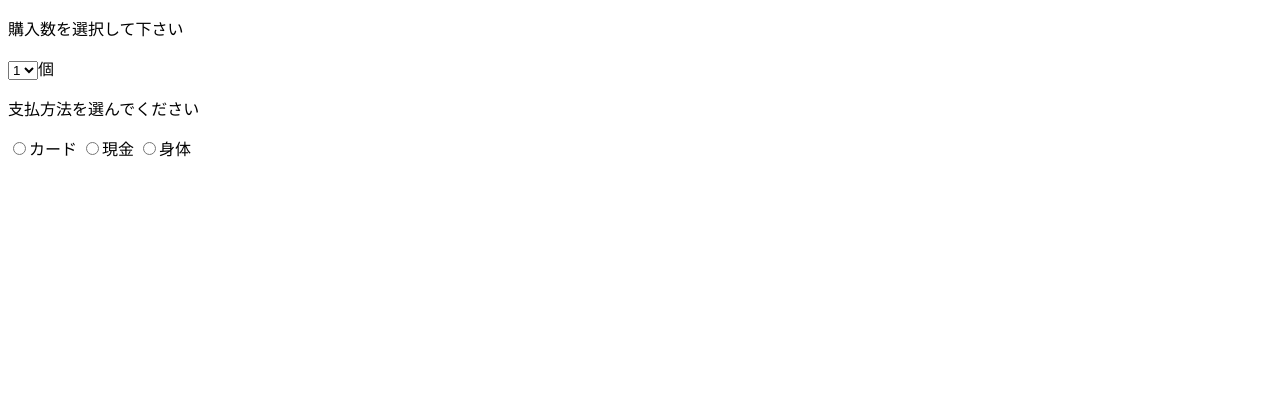
Repository: jp-debug-code/Java-servlet-test
Page: servlet/src/main/webapp/chapter5/all.html
These files come from the project's save history. The page is drawn as it stood at one moment and after the next save; the edit follows.
The browser window is 1280 px wide. The pictures show the whole page.

Above is the page before, as saved 2023-10-31 13:57:07.

After the next save:
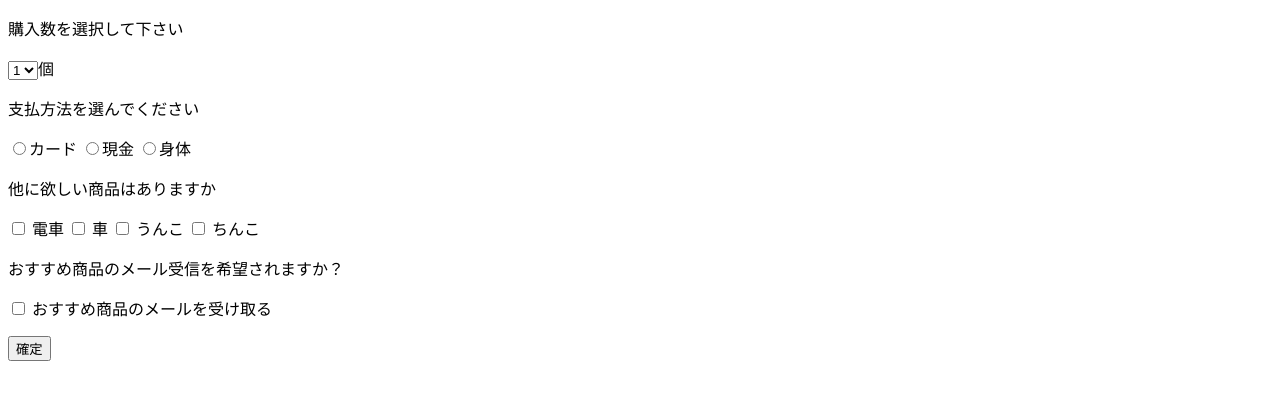
Saved 67 s later.
--- a/servlet/src/main/webapp/chapter5/all.html
+++ b/servlet/src/main/webapp/chapter5/all.html
@@ -25,6 +25,27 @@
     <label for="body">
         <input type="radio" name="payment"  id="body" value="body">身体
     </label>
+    <p>他に欲しい商品はありますか</p>
+<label for="densha">
+<input type="checkbox" id="densha" name="want-box" value="電車"> 電車
+</label>
+<label for="kuruma">
+<input type="checkbox" id="kuruma" name="want-box" value="車"> 車
+</label>
+<label for="unti">
+<input type="checkbox" id="unti" name="want-box" value="うんこ"> うんこ
+</label>
+<label for="tinko">
+<input type="checkbox" id="tinko" name="want-box" value="ちんこ"> ちんこ
+</label>
+
+<p>おすすめ商品のメール受信を希望されますか？</p>
+<label for="check">
+<input type="checkbox" id="check" name="check"> おすすめ商品のメールを受け取る
+</label>
+<p></p>
+
+<input type="submit" value="確定">
 
     </form>
 
